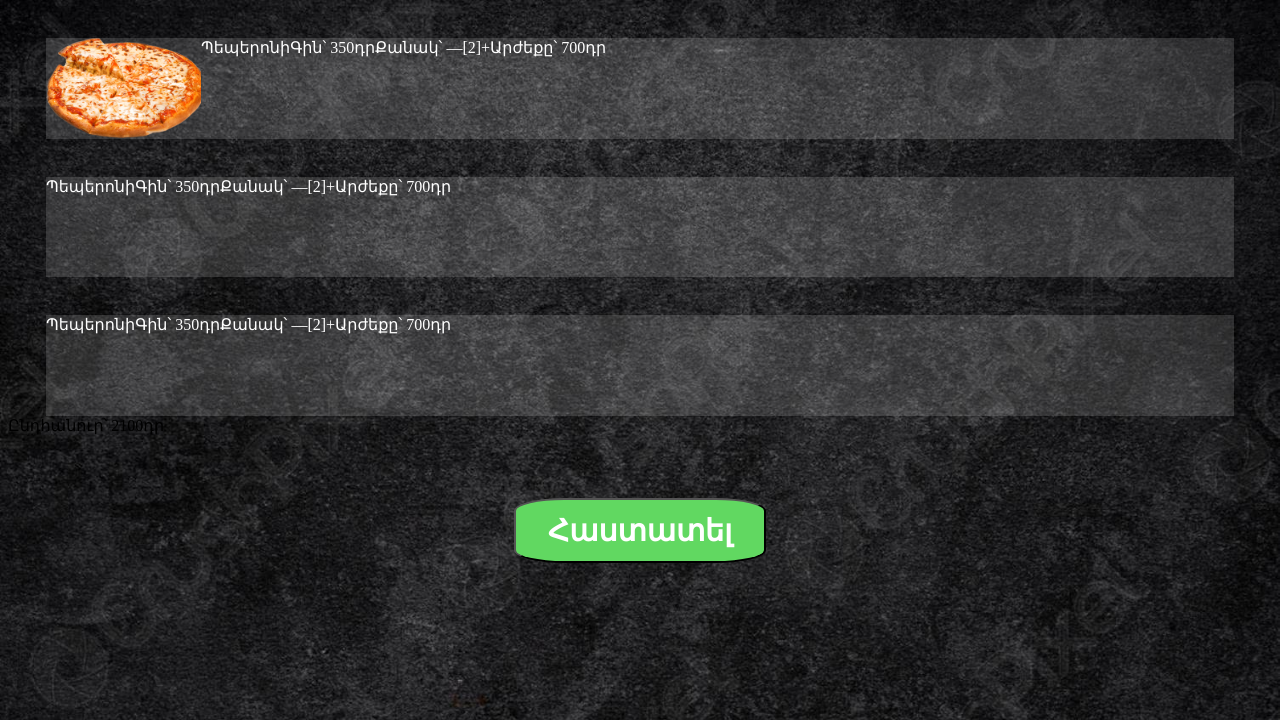
Repository: NarekTovmasyan/PizzaManue
Page: public/basket.html
An editor plug-in stored every save of this project. The page is shown before and after the next save, followed by the edit.
The browser window is 1280 px wide. The pictures show the whole page.

Above is the page before, as saved 2022-01-20 14:52:27.

After the next save:
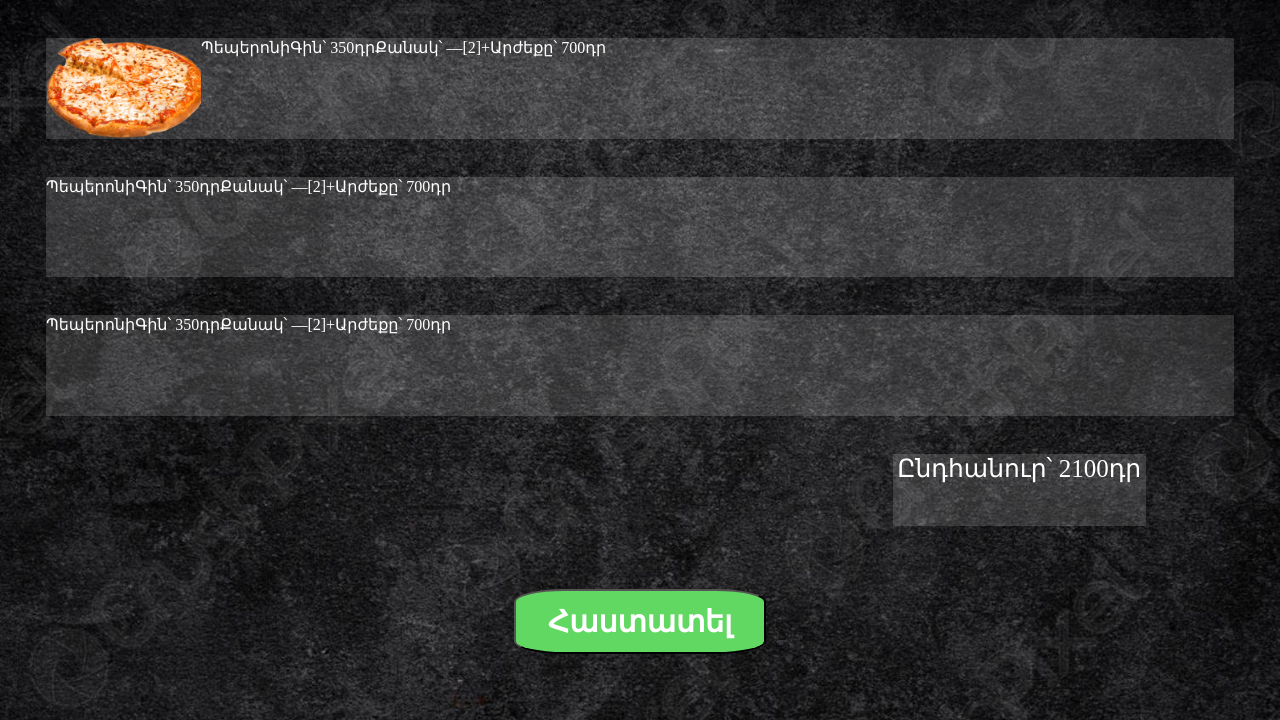
Saved 33 s later.
--- a/public/basket.css
+++ b/public/basket.css
@@ -14,14 +14,16 @@ body {
   margin-top: 3%;
   margin-left: 3%;
   display: flex;
-  flex-direction:row;
+
   color:white ;
 }
 /*.prop > div{
      background-color: yellow;
      width: 20%;
 }*/
- .prop > div
+ .prop > div{
+    flex-direction:row;
+ }
 .sum{
     background-color: rgba(255, 255, 255, 0.144) ;
     width: 20%;
